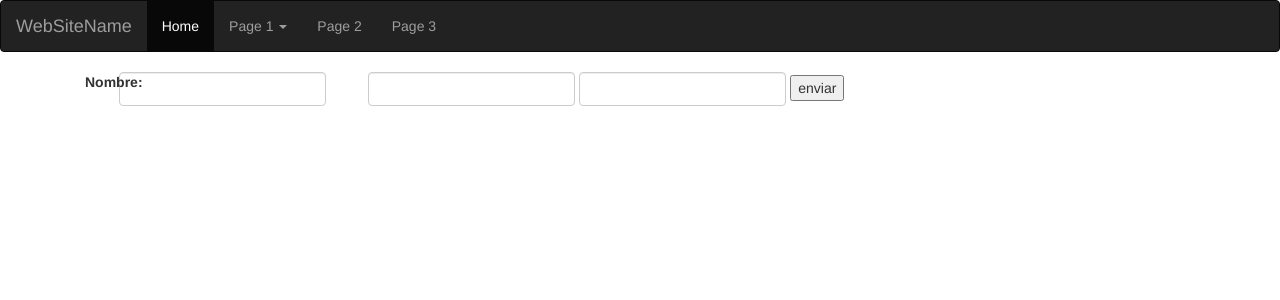
Repository: UAQJavaEveris/ProyectoFinalJuanCarlos
Page: http://localhost/WebCliente/
The author's editor kept a copy of each file at every save. The page is drawn from the files as they stood at one save, then again after the next save.
The browser window is 1280 px wide. The pictures show the whole page.
Some web libraries are served in a nearby version. The page is served by Tomcat 9. Other server files are loaded and not shown.

Above is the page before, as saved 2016-12-10 02:57:29.

### WebCliente/WebContent/index.jsp
<%@ page language="java" contentType="text/html; charset=ISO-8859-1"
    pageEncoding="ISO-8859-1"%>
<!DOCTYPE html PUBLIC "-//W3C//DTD HTML 4.01 Transitional//EN" "http://www.w3.org/TR/html4/loose.dtd">
<html>
<head>
<meta http-equiv="Content-Type" content="text/html; charset=ISO-8859-1">
<title>Pagina Principal</title>
<meta charset="utf-8">
  <meta name="viewport" content="width=device-width, initial-scale=1">
  <link rel="stylesheet" href="https://maxcdn.bootstrapcdn.com/bootstrap/3.3.7/css/bootstrap.min.css">
  <script src="https://ajax.googleapis.com/ajax/libs/jquery/3.1.1/jquery.min.js"></script>
  <script src="https://maxcdn.bootstrapcdn.com/bootstrap/3.3.7/js/bootstrap.min.js"></script>
</head>
<body>
<nav class="navbar navbar-inverse">
  <div class="container-fluid">
    <div class="navbar-header">
      <a class="navbar-brand" href="#">WebSiteName</a>
    </div>
    <ul class="nav navbar-nav">
      <li class="active"><a href="#">Home</a></li>
      <li class="dropdown">
        <a class="dropdown-toggle" data-toggle="dropdown" href="#">Page 1
        <span class="caret"></span></a>
        <ul class="dropdown-menu">
          <li><a href="#">Page 1-1</a></li>
          <li><a href="#">Page 1-2</a></li>
          <li><a href="#">Page 1-3</a></li>
        </ul>
      </li>
      <li><a href="#">Page 2</a></li>
      <li><a href="#">Page 3</a></li>
    </ul>
  </div>
</nav>
<div class="container">
<form  class="form-inline" action="Controller" method="Post">
<div class="form-group">
     <label class="control-label col-sm-2" for="nombre">Nombre:</label>
    <input  class="form-control" type="txt" name="nombre"><br>
  </div>
  <div class="form-group">
  <label class="sr-only" for="apellidos">Apellidos:</label>
  <input class="form-control"  type="txt" name="apellidos"><br>
  </div>
 <div class="form-group">
 <label class="sr-only" for="logros">logroes:</label>
<input class="form-control"  type="txt" name="logros"><br>
</div>
<input type="submit" value="enviar"></input>
</form><br>
</div>
<%
String nombre_variable = (String)session.getAttribute("exito");
%>
</body>
</html>

After the next save:
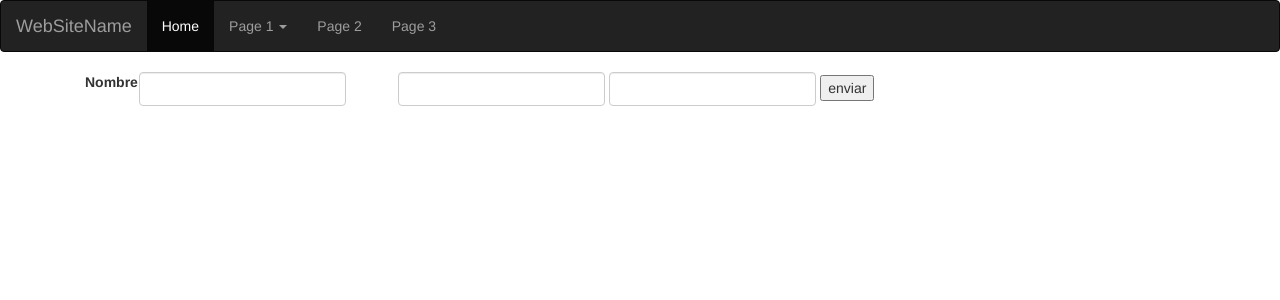
Saved 17 s later.
--- a/WebCliente/WebContent/index.jsp
+++ b/WebCliente/WebContent/index.jsp
@@ -37,7 +37,9 @@
 <form  class="form-inline" action="Controller" method="Post">
 <div class="form-group">
      <label class="control-label col-sm-2" for="nombre">Nombre:</label>
+    <div class="col-sm-10">
     <input  class="form-control" type="txt" name="nombre"><br>
+    </div>
   </div>
   <div class="form-group">
   <label class="sr-only" for="apellidos">Apellidos:</label>
